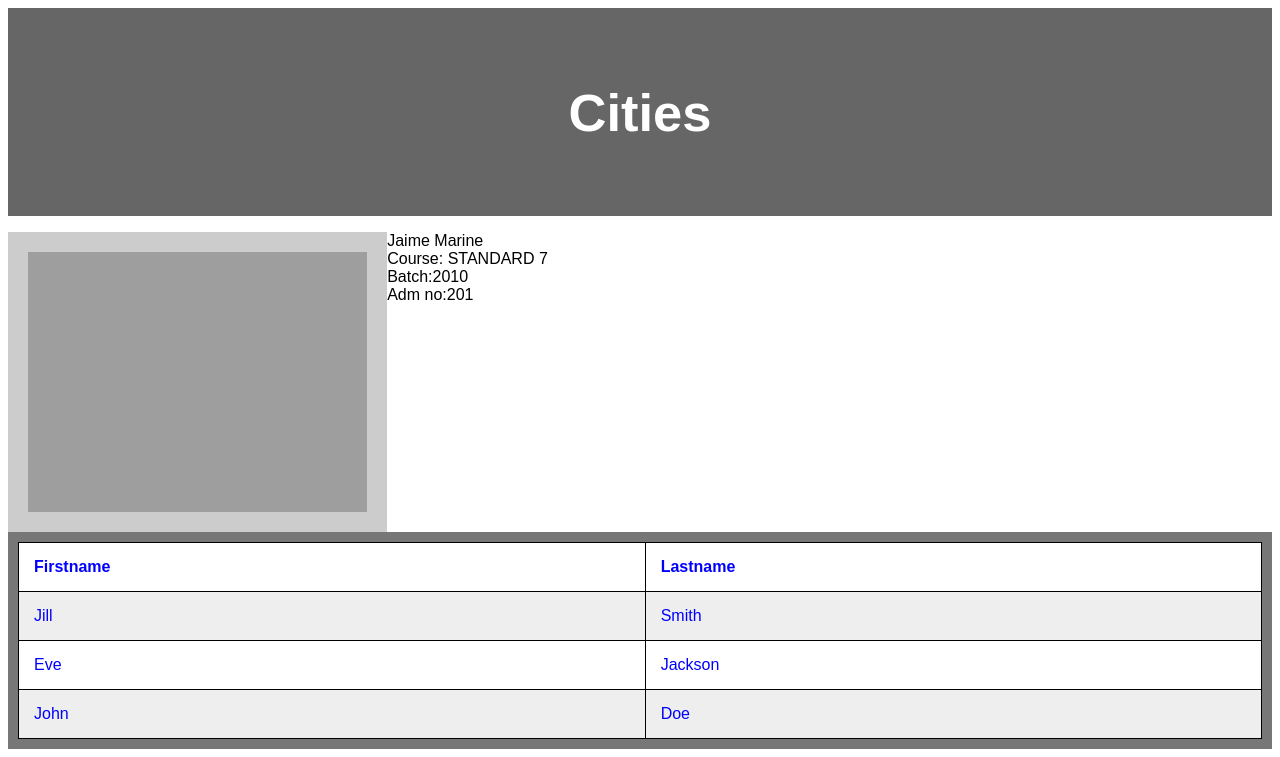
Repository: sandunigayanjali/Library_System
Page: http://localhost/library_management/studentProfile2.jsp
These files come from the project's save history. The page is drawn as it stood at one moment and after the next save; the edit follows.
The browser window is 1280 px wide. The pictures show the whole page.
Pictures or frames that could not be fetched are drawn as grey boxes. The page is served by Tomcat 9.

Above is the page before, as saved 2018-11-23 15:16:38.

After the next save:
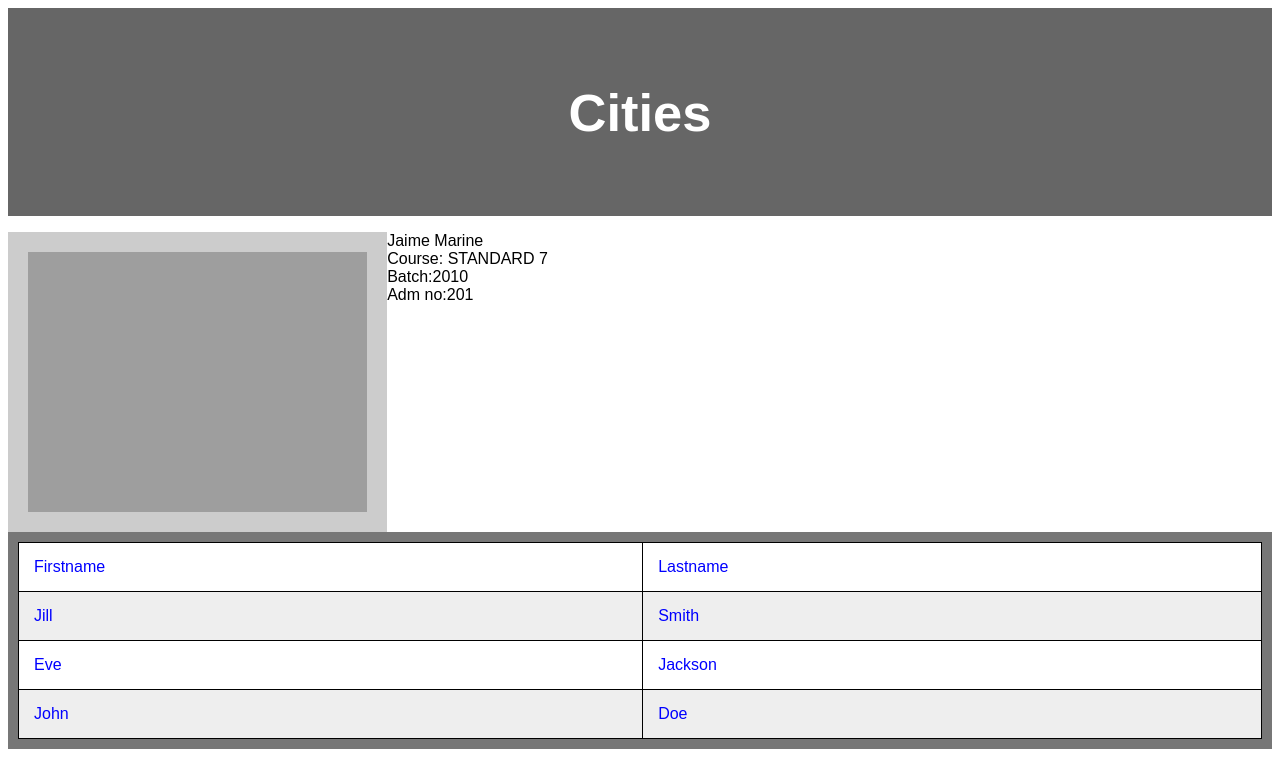
Saved 52 s later.
--- a/library management/WebContent/studentProfile2.jsp
+++ b/library management/WebContent/studentProfile2.jsp
@@ -119,8 +119,8 @@ table#t01 tr:nth-child(odd) {
 <font color="blue">
  <table id="t01">
   <tr>
-    <th>Firstname</th>
-    <th>Lastname</th>
+    <td>Firstname</td>
+    <td>Lastname</td>
 
   </tr>
   <tr>
